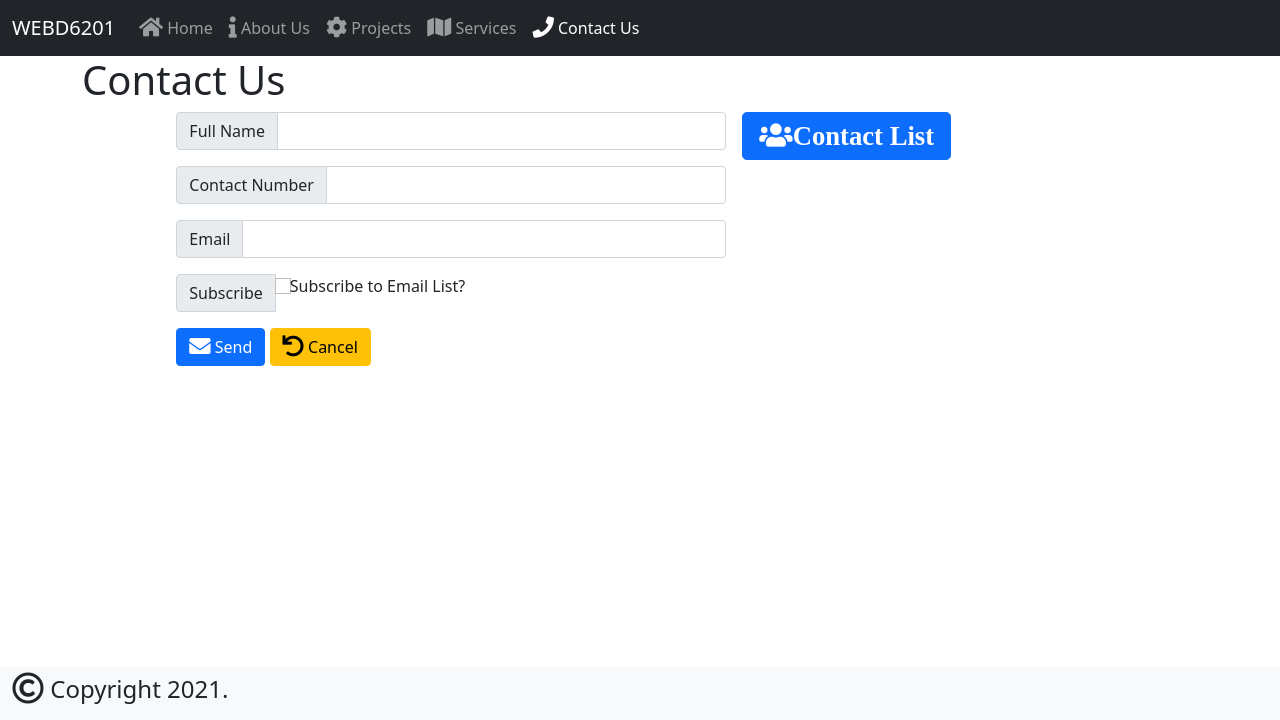
Repository: GarlicButterBoy/WEBD6201-ICE03
Page: contact.html
These files come from the project's save history. The page is drawn as it stood at one moment and after the next save; the edit follows.
The browser window is 1280 px wide. The pictures show the whole page.

Above is the page before, as saved 2021-02-04 09:06:45.

### contact.html
<!DOCTYPE html>
<html lang="en">
<head>
    <meta charset="UTF-8">
    <meta name="viewport" content="width=device-width, initial-scale=1.0">
    <title>Contact</title>
    <!-- CSS Section -->
    <link rel="stylesheet" href="./node_modules/bootstrap/dist/css/bootstrap.min.css">
    <link rel="stylesheet" href="./node_modules/@fortawesome/fontawesome-free/css/all.min.css">
    <link rel="stylesheet" href="./Content/app.css">
</head>
<body>
    <!-- Main Header -->
    <header>
        <!-- Main Navigation -->
        <nav class="navbar navbar-expand-lg navbar-dark bg-dark">
            <div class="container-fluid">
              <a class="navbar-brand" href="index.html">WEBD6201</a>
              <button class="navbar-toggler" type="button" data-bs-toggle="collapse" data-bs-target="#navbarSupportedContent" aria-controls="navbarSupportedContent" aria-expanded="false" aria-label="Toggle navigation">
                <span class="navbar-toggler-icon"></span>
              </button>
              <div class="collapse navbar-collapse" id="navbarSupportedContent">
                <ul class="navbar-nav me-auto mb-2 mb-lg-0">
                  <li class="nav-item">
                    <a class="nav-link" aria-current="page" href="index.html"><i class="fas fa-home fa-lg"></i> Home</a>
                  </li>

                  <li class="nav-item">
                    <a class="nav-link" aria-current="page" href="about.html"><i class="fas fa-info fa-lg"></i> About Us</a>
                  </li>

                  <li class="nav-item">
                    <a class="nav-link" aria-current="page" href="projects.html"><i class="fas fa-cog fa-lg"></i> Projects</a>
                  </li>

                  <li class="nav-item">
                    <a class="nav-link" aria-current="page" href="services.html"><i class="fas fa-map fa-lg"></i> Services</a>
                  </li>

                  <li class="nav-item">
                    <a class="nav-link active" aria-current="page" href="contact.html"><i class="fas fa-phone fa-lg"></i> Contact Us</a>
                  </li>
                </ul>
              </div>
            </div>
          </nav>
    </header>

    <!-- Main Content -->
    <main class="container">
        <h1>Contact Us</h1>
        <div id="messageArea"></div>

        <div class="row justify-content-lg-center g-3">
          <form class="col-lg-6 col-md-10 col-sm-10">

            <div class="input-group mb-3">
              <span class="input-group-text" id="inputGroup-sizing-default">Full Name </span>
              <input id="fullName" type="text" class="form-control" aria-label="Full Name" aria-describedby="Full Name Input"
              name="fullName" required>
            </div>

            <div class="input-group mb-3">
              <span class="input-group-text" id="inputGroup-sizing-default">Contact Number</span>
              <input id="contactNumber" type="tel" class="form-control" aria-label="Contact Number" aria-describedby="Contact Number Input"
              name="contactNumber" required>
            </div>

            <div class="input-group mb-3">
              <span class="input-group-text" id="inputGroup-sizing-default">Email</span>
              <input id="emailAddress" type="email" class="form-control" aria-label="Email Address" aria-describedby="Email Address Input"
              name="emailAddress" required>
            </div>

            <div class="input-group mb-3">
            <span class="input-group-text" id="inputGroup-sizing-default">Subscribe</span>
            <input class="form-check-input" type="checkbox" value="" id="subscribeCheckbox" name="subscribeCheckbox">
            <label class="form-check-label" for="subscribeCheckbox">
            Subscribe to Email List?
            </label>
            </div>


            <button id="sendButton" type="submit" class="btn btn-primary"><i class="fas fa-envelope fa-lg"></i> Send</button>
            <button id="cancelButton" type="reset" class="btn btn-warning"><i class="fas fa-undo fa-lg"></i> Cancel</button>
          </form>

          <div class="col=lg-3 col-md-4">
            <a href="contact-list.html" class="btn btn-primary btn-lg"><i class="fas fa-users fa-lg">Contact List</i></a>
          </div>

        </div>


    </main>

    <!-- Main Footer -->
    <footer>
        <nav class="navbar fixed-bottom navbar-light bg-light">
            <div class="container-fluid">
              <h4><i class="far fa-copyright fa-lg"></i> Copyright 2021.</h4>
            </div>
          </nav>
    </footer>

    <!-- Script Section-->
    <script src="./node_modules/jquery/dist/jquery.min.js"></script>
    <script src="./node_modules/bootstrap/dist/js/bootstrap.bundle.min.js"></script>
    <script src="./Scripts/namespace.js"></script>
    <script src="./Scripts/contact.js"></script>
    <script src="./Scripts/app.js"></script>
</body>
</html>

### Scripts/namespace.js

//namespace core
let core;

### Scripts/contact.js
"use strict";

//Contact Class

(()=>{
    class Contact {

        //getters and setters
      get FullName()
      {
          return this.m_fullName;
      }
      get ContactNumber()
      {
          return this.m_conactNumber;
      }
      get EmailAddress()
      {
          return this.m_emailAddress;
      }
      set FullName(value)
      {
          this.m_fullName = value;
      }
      set ContactNumber(value)
      {
          this.m_conactNumber = value;
      }
      set EmailAddress(value)
      {
          this.m_emailAddress = value;
      }

        //Constructor
        /**
         * A Constructor for any Contact objects being instantiated
         * @param {string} fullName
         * @param {string} contactNumber
         * @param {string} emailAddress
         */
        constructor(fullName = "", contactNumber = "", emailAddress = "")
        {
            this.ContactNumber = contactNumber;
            this.EmailAddress = emailAddress;
            this.FullName = fullName;
        }



        //Methods
        /**
         * Overrides the toString method to print the Contact class
         * @returns {string}
         */
        toString()
        {
            return `Full Name: ${this.m_fullName}\nPhone: ${this.m_contactNumber}\nEmail: ${this.m_emailAddress}`;
        }

        /**
         * This method returns a JSON Object
         * @returns {Object}
         */
        toJSON()
        {
            return {
                "fullName":this.FullName,
                "contactNumber":this.ContactNumber,
                "emailAddress":this.EmailAddress
            }
        }
        /**
         * Method converts the Contact into a comma-seperated value string
         * @returns {String}
         */
        serialize()
        {
            if (this.FullName !== "" && this.ContactNumber !== "" && this.EmailAddress !== "")
            {
                return `${this.FullName},${this.ContactNumber},${this.EmailAddress}`;
            }
            else
            {
                console.error("Error: One of more of the Contact Properties are empty or null.");
                return null;
            }

        }
        /**
         * Method takes a comma-seperated data string and assigns the values to the contact class properties
         * @param {string} data
         * @returns {void}
         */
        deserialize(data)
        {
            let propertyArray = data.split(",");
            this.FullName = propertyArray[0];
            this.ContactNumber = propertyArray[1];
            this.EmailAddress = propertyArray[2];
        }

    }

core.Contact = Contact;

})(core || (core={}));

### Scripts/app.js
/* custom JavaScript goes here */

//IIFE - Immediately Invoked Function Expression
//AKA - Anonymous Self-Executing Function
//Closure - limits scope leak

"use strict";
/* Example of a class being created with brand new functions
let myContact =
{
  "firstName":"Nick SF",
  "contactNumber":"905-123-4567",
  "emailAddress":"email@test.com",
  "saysHello":function() { console.log(`${fullName} says Hello!`); },
  "someOtherObject":{  "friendsList":["Tony", "Stephen", "Peter"]  }

};*/

((core) =>
{
    function displayHome()
    {
/*
      $("button").on("mouseover", function(){
        console.log("JQuery Click");
      });

      let myButton = document.querySelectorAll("button")[1];
      myButton.addEventListener("click", () => {
        console.log("Button Clicked!");
      });
*/
      //console.log(myButton);

        let paragraphOneText =
          "This is a simple site to demonstrate DOM Manipulation for ICE 1";

        let paragraphOneElement = document.getElementById("paragraphOne");

        paragraphOneElement.textContent = paragraphOneText;
        paragraphOneElement.className = "fs-5";

        // Step 1. document.createElement
        let newParagraph = document.createElement("p");
        // Step 2. configure the element
        newParagraph.setAttribute("id", "paragraphTwo");
        newParagraph.textContent = "...And this is paragraph two";
        // Step 3. select the parent element
        let mainContent = document.getElementsByTagName("main")[0];
        // Step 4. Add / Insert the element
        mainContent.appendChild(newParagraph);

        newParagraph.className = "fs-6";

        // another way of injecting content
        let paragraphDiv = document.createElement("div");
        let paragraphThree = `<p id="paragraphThree" class="fs-7 fw-bold">And this is the Third Paragraph</p>`;
        paragraphDiv.innerHTML = paragraphThree;

        // insertions

        // example of inserting before a node
        //newParagraph.before(paragraphDiv);

        // example of inserting after a node
        newParagraph.after(paragraphDiv);

        // deletions

        // example of removing a single element
        //paragraphOneElement.remove();

        // example of removeChild
        mainContent.removeChild(paragraphOneElement);

        // update / modification
        //mainContent.firstElementChild.textContent = "Welcome Home!";

        mainContent.innerHTML = `<h1 id="firstHeading">Welcome to WEBD6201 - Lab 1</h1>
         <p id="paragraphOne" class="fs-3 fw-bold">This is my first Paragraph</p>
        `;

    }

    function displayAbout()
    {

    }

    function displayProjects()
    {

    }

    function displayServices()
    {

    }

    function displayContact()
    {
        //This is the same as below
        let messageArea = $("#messageArea").hide();
        //Same as this
        //let messageArea = document.getElementById("messageArea");
        //messageArea.hidden = true;

        // form validation
        $("#fullName").on("blur", function()
        {
          if($(this).val().length < 2)
            {
                //JQuery example of the lines below
                $(this).trigger("focus").trigger("select");
                messageArea.show().addClass("alert alert-danger").text("Please enter an appropriate name");
                //fullName.focus();
                //fullName.select();
                //messageArea.hidden = false;
                //messageArea.className = "alert alert-danger";
                //messageArea.textContent = "Please enter an appropriate Name";
            }
            else
            {
                //JQuery example of the line below
                messageArea.removeAttr("class").hide();
                //messageArea.hidden = true;
                //messageArea.removeAttribute("class");
            }
        });
        //let fullName = document.getElementById("fullName");
        //fullName.addEventListener("blur", function() {});

        $("#sendButton").on("click", ()=>
        {
          let contact = new core.Contact(fullName.value, contactNumber.value, emailAddress.value);
          if(contact.serialize()) //checking if the serialized object exists
          {
            localStorage.setItem((localStorage.length + 1).toString(), contact.serialize());
          }
        });

        //let sendButton = document.getElementById("sendButton");
        //sendButton.addEventListener("click", function(event){

            //event.preventDefault();
            //console.log(contact.serialize());
            //fullName.value = "";
            //contactNumber.value = "";
            //emailAddress.value = "";
        //});
    }
    function displayContactList()
    {

      if(localStorage.length > 0)
      {
        let contactList = document.getElementById("contactList");

        let data = "";

        for (let index = 0; index < localStorage.length; index++)
        {
          let contactData = localStorage.getItem((index + 1).toString());

          console.log(contactData);

          let contact = new core.Contact();
          contact.deserialize(contactData);

          data += `<tr>
                  <th scope="row">${index + 1}</th>
                  <td>${contact.FullName}</td>
                  <td>${contact.ContactNumber}</td>
                  <td>${contact.EmailAddress}</td>
                  </tr>`;
        }

        contactList.innerHTML = data;
      }


    }

    function Start()
    {
        console.log("App Started...");

        switch (document.title)
        {
          case "Home":
              displayHome();
            break;
          case "About":
              displayAbout();
            break;
          case "Projects":
              displayProjects();
            break;
          case "Services":
              displayServices();
            break;
          case "Contact":
              displayContact();
            break;
          case "Contact-List":
              displayContactList();
            break;
        }

    }

    window.addEventListener("load", Start);

    core.Start = Start;


})  (core || (core={}));

Loaded but not shown: node_modules/bootstrap/dist/css/bootstrap.min.css (library); node_modules/@fortawesome/fontawesome-free/css/all.min.css (library); Content/app.css (common file); node_modules/jquery/dist/jquery.min.js (library); node_modules/bootstrap/dist/js/bootstrap.bundle.min.js (library)

After the next save:
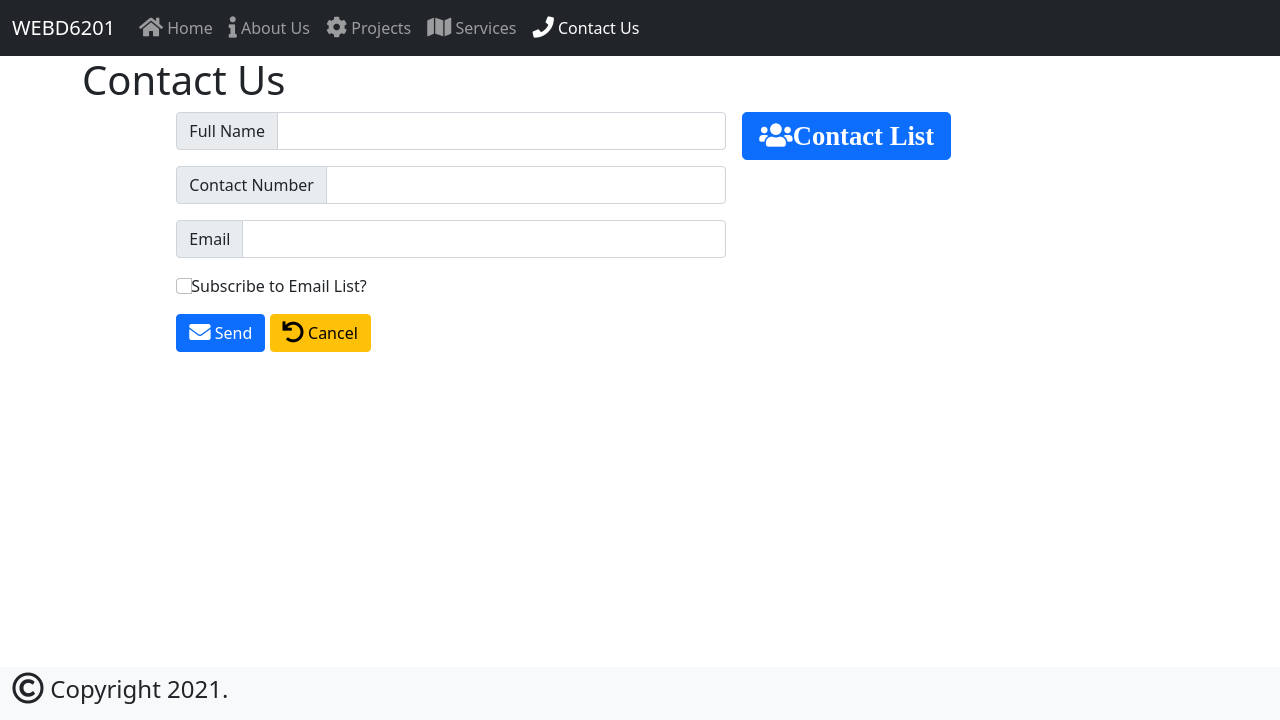
Saved 38 s later.
--- a/contact.html
+++ b/contact.html
@@ -73,7 +73,6 @@
             </div>
 
             <div class="input-group mb-3">
-            <span class="input-group-text" id="inputGroup-sizing-default">Subscribe</span>
             <input class="form-check-input" type="checkbox" value="" id="subscribeCheckbox" name="subscribeCheckbox">
             <label class="form-check-label" for="subscribeCheckbox">
             Subscribe to Email List?
